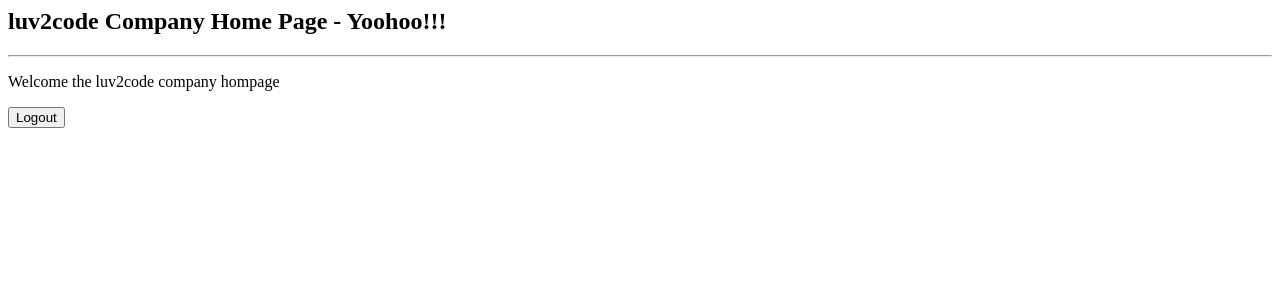
Repository: ldh9282/spring-security
Page: http://localhost/spring-security-demo-05-logout/
An editor plug-in stored every save of this project. The page is shown before and after the next save, followed by the edit.
The browser window is 1280 px wide. The pictures show the whole page.
The page is served by Tomcat 9.

Above is the page before, as saved 2022-12-16 12:00:51.

After the next save:
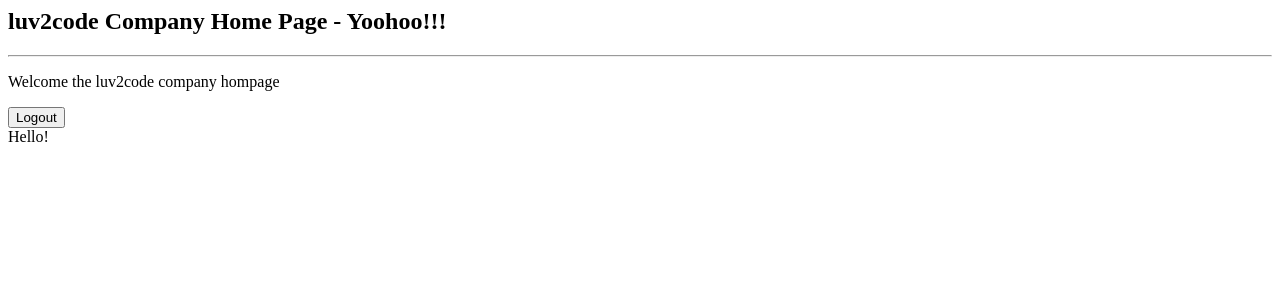
Saved 3 min 38 s later.
--- a/spring-security-demo-05-logout/src/main/webapp/WEB-INF/view/home.jsp
+++ b/spring-security-demo-05-logout/src/main/webapp/WEB-INF/view/home.jsp
@@ -30,6 +30,14 @@
 
 		</c:if>
 
+		<c:if test="${param.error == null }">
+
+			<div class="alert alert-danger col-xs-offset-1 col-xs-10">
+				Hello! <c:out value="${username }" />
+			</div>
+
+		</c:if>
+
 	</form:form>
 </body>
 
